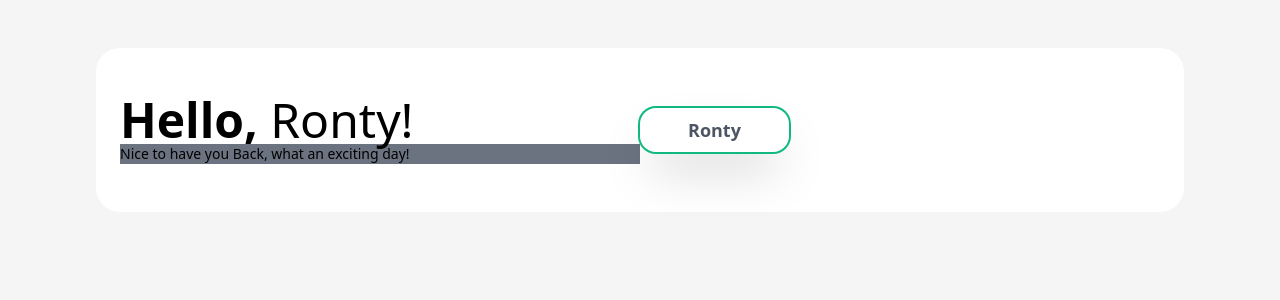
Repository: coolronts/Vite-Tailwind
Page: /
An editor plug-in stored every save of this project. The page is shown before and after a run of saves, followed by the edit.
The browser window is 1280 px wide. The pictures show the whole page.
The project was rebuilt for these pictures with package versions that can differ from the ones it lists, and the page was loaded fresh each time. Also part of the build but not shown: vite.config.js, src/components/Card/index.jsx.

Above is the page before, as saved 2021-11-26 07:10:27.

### src/App.jsx
import './App.css'

import { PrimaryButton, SecondaryButton } from './components/Button'

import {PrimaryCard} from './components/Card'
import SplitScreen from './components/SplitScreen'
import { useState } from 'react'

function App() {

  return (
    <div className="App bg-white my-12 mx-24 rounded-3xl px-6 py-12">
      <SplitScreen>
        <div id="left">
          <div>
            <h3 className="text-5xl font-sans font-bold">Hello, <span className="font-light">Ronty!</span> </h3>
            <h5 className="text-sm bg-gray-500">Nice to have you Back, what an exciting day!</h5>
          </div>

        </div>

        <div id="right">
          <SecondaryButton name="Ronty"/>
        </div>


      </SplitScreen>
    </div>
  )
}

export default App

### src/components/Button/index.jsx
import React from 'react'

export const PrimaryButton = ({name}) =>{
  return (
    <button className="bg-green-500 px-12 py-2 ring-2 ring-green-500 text-white text-lg font-semibold shadow-2xl rounded-2xl mt-3">
      {name}
    </button>
  )
}

export const SecondaryButton = ({name}) =>{
  return (
    <button className="bg-white px-12 py-2 ring-2 ring-green-500 text-gray-600 text-lg font-semibold shadow-2xl rounded-2xl mt-3">
      {name}
    </button>
  )
}

### src/components/SplitScreen/index.jsx
import PropTypes from 'prop-types'
import React from "react"
import tw from "tailwind-styled-components"

const Container = tw.div`${(props) => props.weight}`;

const Pane = tw.div`${(props) => props.weight}`;

const SplitScreen = ({
	children,
	containerWeight = 'flex w-full',
  leftWeight = 'w-1/2',
	rightWeight = 'w-1/2',
}) => {
	const [left, right] = children;
	return (
		<Container className={containerWeight}>
			<Pane className={leftWeight}>
				{left}
			</Pane>
			<Pane className={rightWeight}>
				{right}
			</Pane>
		</Container>
	);
}

export default SplitScreen

SplitScreen.propTypes = {
	children: PropTypes.arrayOf(PropTypes.node).isRequired,
	containerWeight: PropTypes.string,
	leftWeight: PropTypes.string,
	rightWeight: PropTypes.string,
}

Loaded but not shown: index.html (common file); src/main.jsx (common file); src/index.css (common file); src/App.css (common file); tailwind.config.js (common file)

After the next 2 saves:
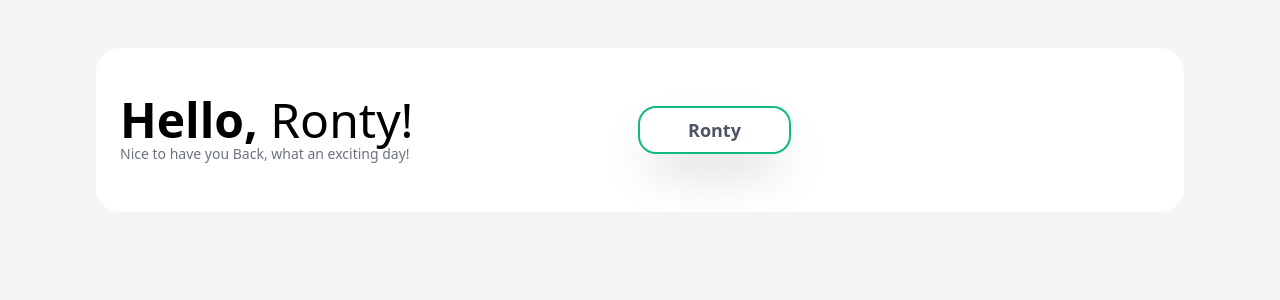
The 2 saves are shown as one change because they came seconds apart.
The last was saved 8 s later.
--- a/src/App.jsx
+++ b/src/App.jsx
@@ -14,7 +14,7 @@ function App() {
         <div id="left">
           <div>
             <h3 className="text-5xl font-sans font-bold">Hello, <span className="font-light">Ronty!</span> </h3>
-            <h5 className="text-sm bg-gray-500">Nice to have you Back, what an exciting day!</h5>
+            <h5 className="text-sm text-gray-500">Nice to have you Back, what an exciting day!</h5>
           </div>
 
         </div>
